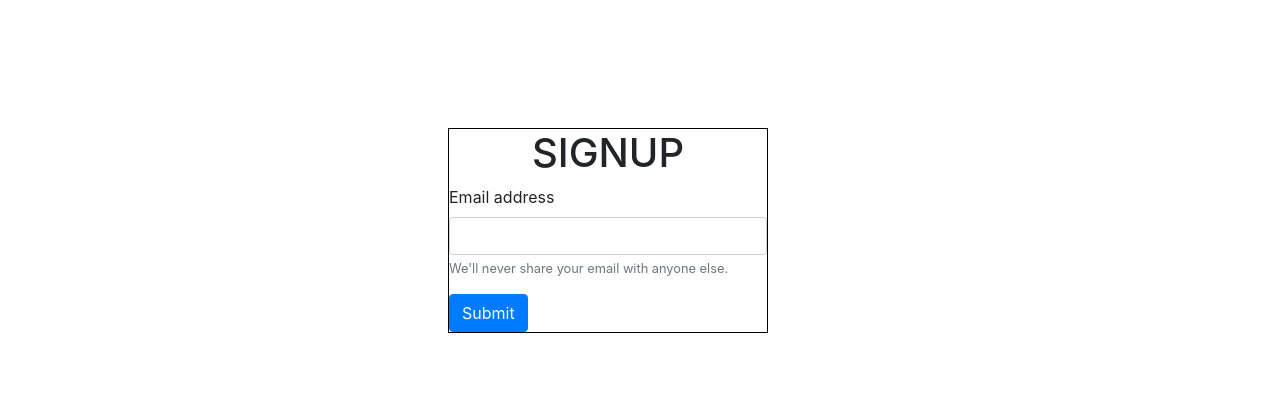
Repository: DhananjayaLakshan/PHP_CRUD_OOP1
Page: http://localhost/signup.php
These files come from the project's save history. The page is drawn as it stood at one moment and after the next save; the edit follows.
The browser window is 1280 px wide. The pictures show the whole page.
The page is run by PHP 8.4 with error messages shown; the project is at /var/www/html/.

Above is the page before, as saved 2023-11-30 12:12:12.

### signup.php
<!DOCTYPE html>
<html lang="en">

<head>
    <meta charset="UTF-8">
    <meta name="viewport" content="width=device-width, initial-scale=1.0">
    <title>SIGNUP</title>

    <link rel="stylesheet" href="https://cdn.jsdelivr.net/npm/bootstrap@4.5.3/dist/css/bootstrap.min.css" integrity="sha384-TX8t27EcRE3e/ihU7zmQxVncDAy5uIKz4rEkgIXeMed4M0jlfIDPvg6uqKI2xXr2" crossorigin="anonymous">
    <link rel="stylesheet" href="style.css">
    <script src="script.js"></script>
</head>

<body>



    <form action="" method="post" style="width: 25%; margin: 10% 35%; border: 1px solid black;">
    <h1 style="text-align: center; font-weight: 500;">SIGNUP</h1>
        <div class="form-group">
            <label for="exampleInputEmail1">Email address</label>
            <input type="email" class="form-control" id="exampleInputEmail1" aria-describedby="emailHelp">
            <small id="emailHelp" class="form-text text-muted">We'll never share your email with anyone else.</small>
        </div>

        <button type="submit" class="btn btn-primary">Submit</button>
    </form>









    <script src="https://code.jquery.com/jquery-3.5.1.slim.min.js" integrity="sha384-DfXdz2htPH0lsSSs5nCTpuj/zy4C+OGpamoFVy38MVBnE+IbbVYUew+OrCXaRkfj" crossorigin="anonymous"></script>
    <script src="https://cdn.jsdelivr.net/npm/bootstrap@4.5.3/dist/js/bootstrap.bundle.min.js" integrity="sha384-ho+j7jyWK8fNQe+A12Hb8AhRq26LrZ/JpcUGGOn+Y7RsweNrtN/tE3MoK7ZeZDyx" crossorigin="anonymous"></script>
</body>

</html>

### style.css
.addButton {
    padding: 5px 25px;
    margin: 10px;

}

.table{
    margin: 10px !important;
    width: 85%;

}

Loaded but not shown: script.js (no stored copy; drawn as an empty file)

After the next save:
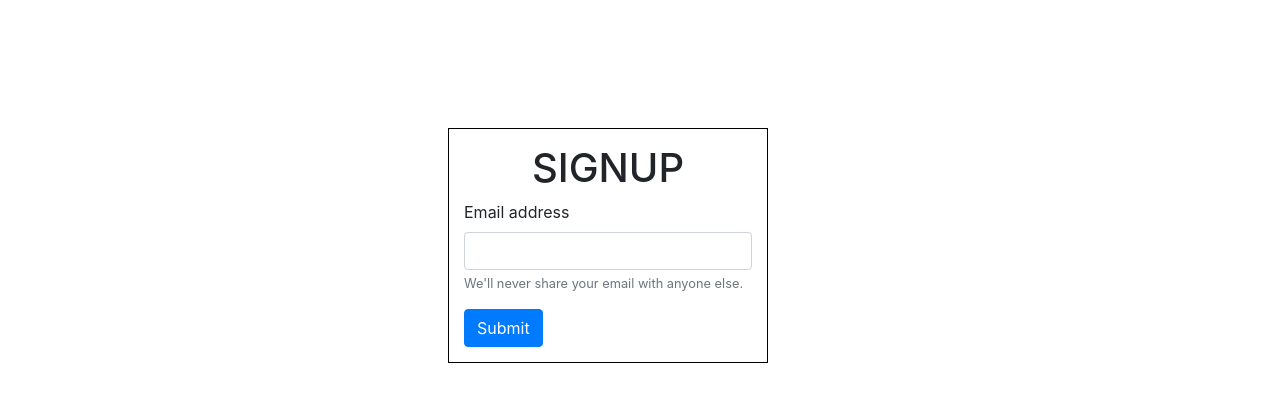
Saved 18 s later.
--- a/signup.php
+++ b/signup.php
@@ -15,7 +15,7 @@
 
 
 
-    <form action="" method="post" style="width: 25%; margin: 10% 35%; border: 1px solid black;">
+    <form action="" method="post" style="width: 25%; margin: 10% 35%; border: 1px solid black; padding : 15px;">
     <h1 style="text-align: center; font-weight: 500;">SIGNUP</h1>
         <div class="form-group">
             <label for="exampleInputEmail1">Email address</label>
